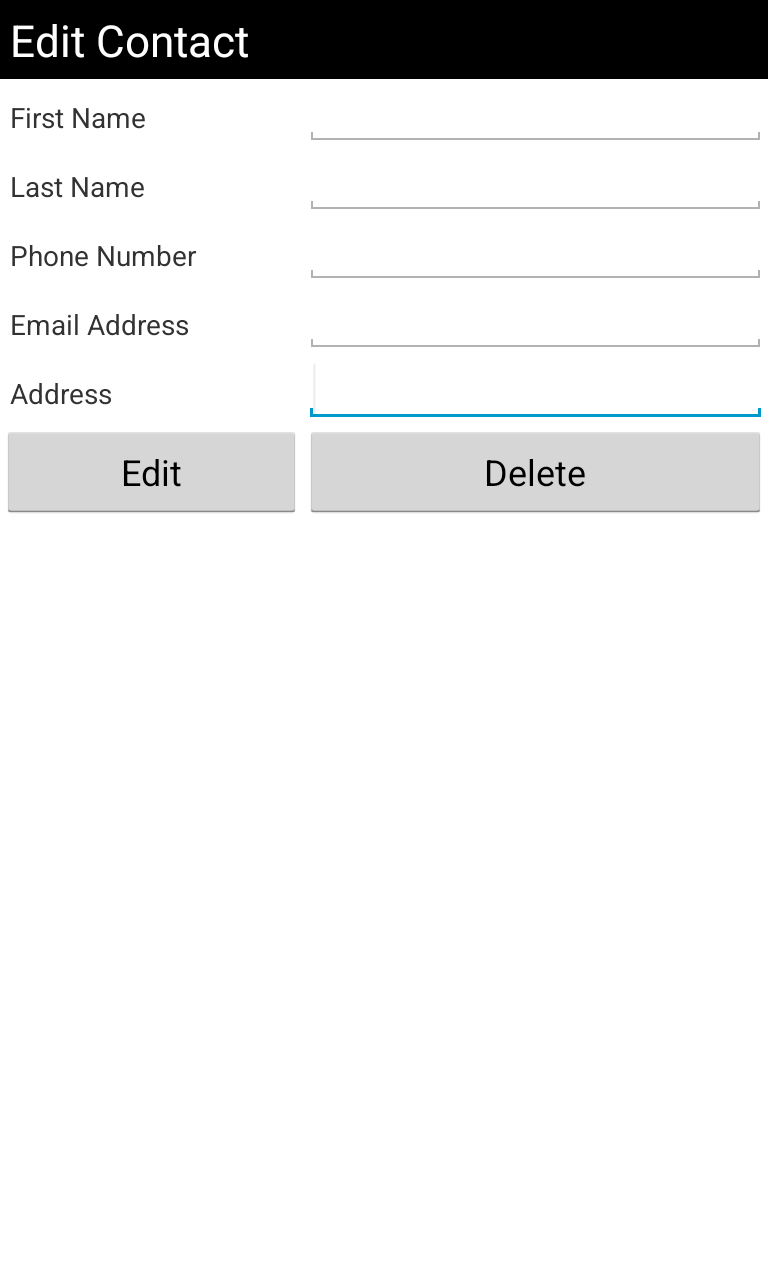
Repository: oscarhe/android-practices
Layout: AddressBookApp/res/layout/edit_contact.xml
An editor plug-in stored every save of this project. The layout is shown before and after the next save, followed by the edit.
It is drawn on a 768 x 1280 px phone screen (xhdpi) without system bars, with theme AppTheme; the app's code is not run.

Above is the layout before, as saved 2013-07-07 20:59:40.

### AddressBookApp/res/layout/edit_contact.xml
<?xml version="1.0" encoding="utf-8"?>
<TableLayout xmlns:android="http://schemas.android.com/apk/res/android"
    android:layout_width="match_parent"
    android:layout_height="match_parent" >

    <TableRow
        android:id="@+id/tableRow1"
        android:layout_width="match_parent"
        android:layout_height="wrap_content"
        android:background="#000" >

        <TextView
            android:id="@+id/editContactTextView"
            android:layout_width="match_parent"
            android:layout_height="wrap_content"
            android:padding="@dimen/padding_5dp"
            android:text="@string/edit_contact_title"
            android:textAppearance="?android:attr/textAppearanceLarge"
            android:textColor="#FFF" />

    </TableRow>

    <TableRow
        android:id="@+id/tableRow2"
        android:layout_width="match_parent"
        android:layout_height="wrap_content" >

        <TextView
            android:id="@+id/firstNameTextView"
            android:layout_width="wrap_content"
            android:layout_height="wrap_content"
            android:layout_weight="1"
            android:padding="@dimen/padding_5dp"
            android:text="@string/first_name" />

        <EditText
            android:id="@+id/firstNameEditText"
            android:layout_width="wrap_content"
            android:layout_height="wrap_content"
            android:layout_weight="1"
            android:ems="10"
            android:inputType="textPersonName"
            android:padding="@dimen/padding_5dp" >

            <requestFocus />
        </EditText>

    </TableRow>

    <TableRow
        android:id="@+id/tableRow3"
        android:layout_width="match_parent"
        android:layout_height="wrap_content" >

        <TextView
            android:id="@+id/lastNameTextView"
            android:layout_width="wrap_content"
            android:layout_height="wrap_content"
            android:layout_weight="1"
            android:padding="@dimen/padding_5dp"
            android:text="@string/last_name" />

        <EditText
            android:id="@+id/lastNameEditText"
            android:layout_width="wrap_content"
            android:layout_height="wrap_content"
            android:layout_weight="1"
            android:ems="10"
            android:inputType="textPersonName"
            android:padding="@dimen/padding_5dp" >

            <requestFocus />
        </EditText>

    </TableRow>

    <TableRow
        android:id="@+id/tableRow4"
        android:layout_width="match_parent"
        android:layout_height="wrap_content" >

        <TextView
            android:id="@+id/phoneNumberTextView"
            android:layout_width="wrap_content"
            android:layout_height="wrap_content"
            android:layout_weight="1"
            android:padding="@dimen/padding_5dp"
            android:text="@string/phone_number" />

        <EditText
            android:id="@+id/phoneNumberEditText"
            android:layout_width="wrap_content"
            android:layout_height="wrap_content"
            android:layout_weight="1"
            android:ems="10"
            android:inputType="phone"
            android:padding="@dimen/padding_5dp" >

            <requestFocus />
        </EditText>

    </TableRow>

    <TableRow
        android:id="@+id/tableRow5"
        android:layout_width="match_parent"
        android:layout_height="wrap_content" >

        <TextView
            android:id="@+id/emailAddressTextView"
            android:layout_width="wrap_content"
            android:layout_height="wrap_content"
            android:layout_weight="1"
            android:padding="@dimen/padding_5dp"
            android:text="@string/email_address" />

        <EditText
            android:id="@+id/emailAddressEditText"
            android:layout_width="wrap_content"
            android:layout_height="wrap_content"
            android:layout_weight="1"
            android:ems="10"
            android:inputType="textEmailAddress"
            android:padding="@dimen/padding_5dp" >

            <requestFocus />
        </EditText>

    </TableRow>

    <TableRow
        android:id="@+id/tableRow6"
        android:layout_width="match_parent"
        android:layout_height="wrap_content" >

        <TextView
            android:id="@+id/homeAddressTextView"
            android:layout_width="wrap_content"
            android:layout_height="wrap_content"
            android:layout_weight="1"
            android:padding="@dimen/padding_5dp"
            android:text="@string/home_address" />

        <EditText
            android:id="@+id/homeAddressEditText"
            android:layout_width="wrap_content"
            android:layout_height="wrap_content"
            android:layout_weight="1"
            android:ems="10"
            android:inputType="text|textPostalAddress"
            android:padding="@dimen/padding_5dp" >

            <requestFocus />
        </EditText>

    </TableRow>

    <TableRow
        android:id="@+id/tableRow7"
        android:layout_width="match_parent"
        android:layout_height="wrap_content" >

        <Button
            android:id="@+id/editButton"
            android:layout_width="wrap_content"
            android:layout_height="wrap_content"
            android:onClick="editContact"
            android:layout_weight="1"
            android:text="@string/edit_button" />

        <Button
            android:id="@+id/deleteButton"
            android:layout_width="wrap_content"
            android:layout_height="wrap_content"
            android:onClick="removeContact"
            android:layout_weight="1"
            android:text="@string/delete_button" />

    </TableRow>

</TableLayout>

### AddressBookApp/res/values/dimens.xml
<resources>

    <!-- Default screen margins, per the Android Design guidelines. -->
    <dimen name="activity_horizontal_margin">16dp</dimen>
    <dimen name="activity_vertical_margin">16dp</dimen>
    <dimen name="padding_5dp">5dp</dimen>

</resources>

### AddressBookApp/res/values/strings.xml
<?xml version="1.0" encoding="utf-8"?>
<resources>

    <string name="app_name">Contact List</string>
    <string name="action_settings">Settings</string>

    <string name="add_contact">Add Contact</string>
    <string name="first_name">First Name</string>
    <string name="last_name">Last Name</string>
    <string name="phone_number">Phone Number</string>
    <string name="email_address">Email Address</string>
    <string name="home_address">Address</string>

    <string name="contacts_title">Contacts</string>
    <string name="add_button">ADD</string>
    <string name="save_data">Save</string>
    <string name="edit_contact_title">Edit Contact</string>
    <string name="edit_button">Edit</string>
    <string name="delete_button">Delete</string>

</resources>

Loaded but not shown: AddressBookApp/res/values/styles.xml (common file); AddressBookApp/res/values-v11/styles.xml (common file); AddressBookApp/res/values-v14/styles.xml (common file)

After the next save:
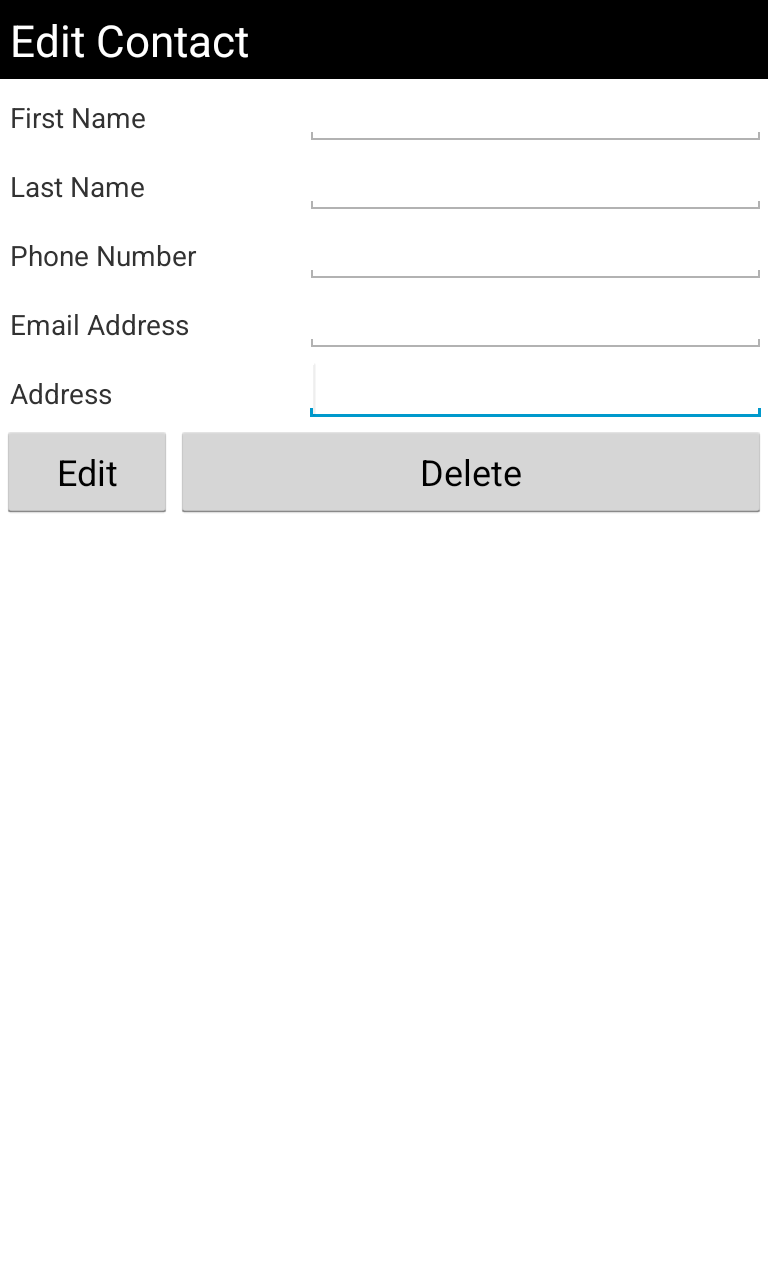
Saved 6 min 30 s later.
--- a/AddressBookApp/res/layout/edit_contact.xml
+++ b/AddressBookApp/res/layout/edit_contact.xml
@@ -162,7 +162,7 @@
 
         <Button
             android:id="@+id/editButton"
-            android:layout_width="wrap_content"
+            android:layout_width="0dip"
             android:layout_height="wrap_content"
             android:onClick="editContact"
             android:layout_weight="1"
